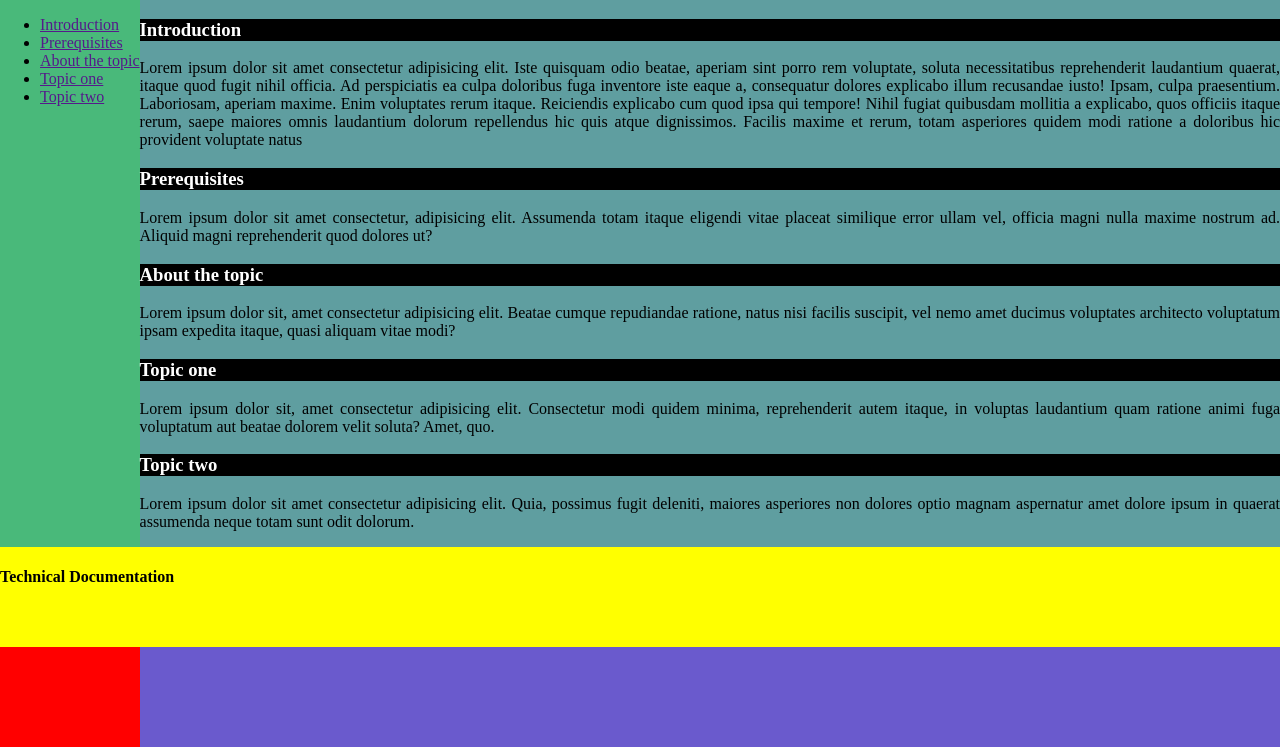
Repository: JoaoLemesDEV/Excercise-Tech-Documentation-Page
Page: index.html
These files come from the project's save history. The page is drawn as it stood at one moment and after the next save; the edit follows.
The browser window is 1280 px wide. The pictures show the whole page.

Above is the page before, as saved 2021-10-03 21:43:27.

After the next save:
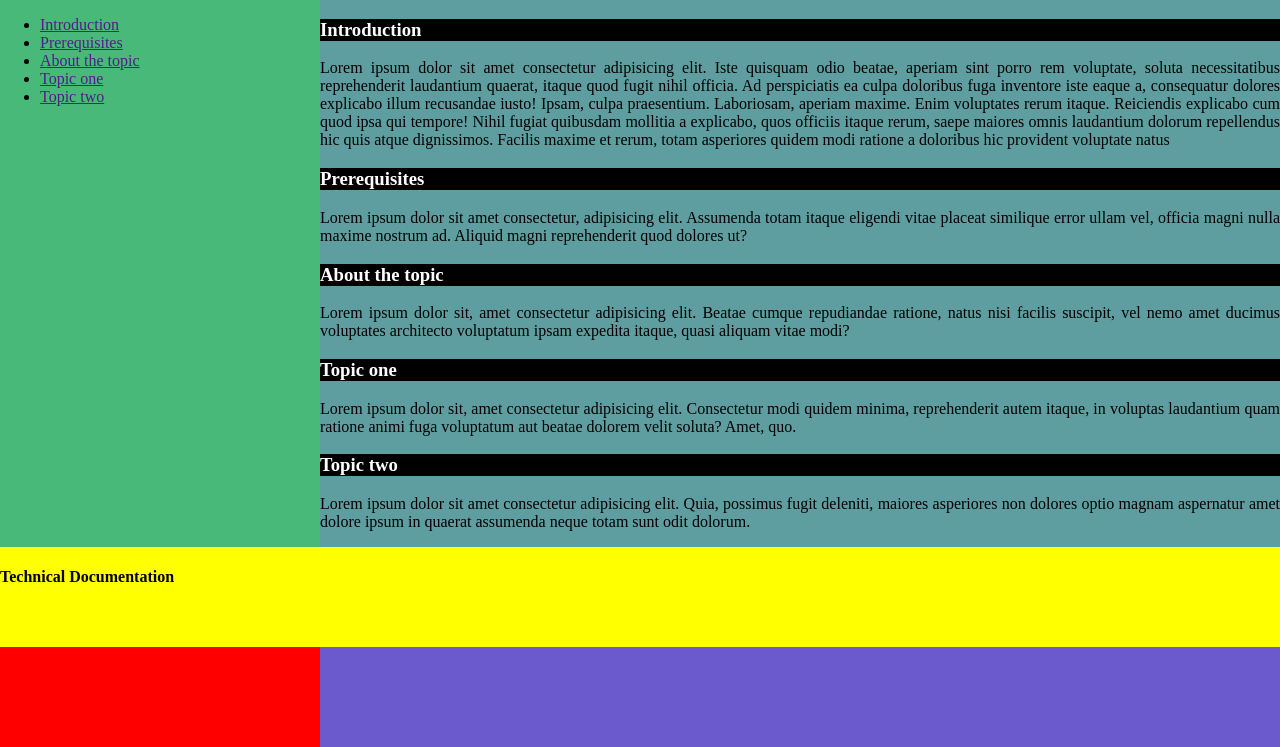
Saved 7 s later.
--- a/index.css
+++ b/index.css
@@ -7,7 +7,7 @@ html body{
 }
 .wrapper {
     display: grid;
-    //grid-template-columns: 1fr 1fr;
+    grid-template-columns: 1fr 3fr;
     //grid-template-rows: 150px 150px;
 }
 
